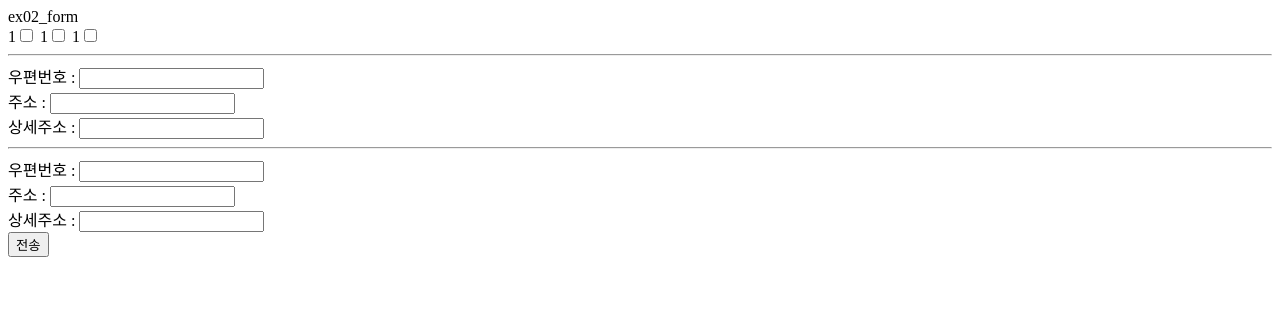
Repository: KimJaeHwan98/tomcat01
Page: http://localhost/3_req_res/req/ex02_form.jsp
The author's editor kept a copy of each file at every save. The page is drawn from the files as they stood at one save, then again after the next save.
The browser window is 1280 px wide. The pictures show the whole page.
The page is served by Tomcat 9.

Above is the page before, as saved 2024-04-29 05:32:29.

### 3_req_res/src/main/webapp/req/ex02_form.jsp
<%@ page language="java" contentType="text/html; charset=UTF-8"
    pageEncoding="UTF-8"%>
<!DOCTYPE html>
<html>
<head>
<meta charset="UTF-8">
<title>Insert title here</title>
</head>
<body>ex02_form<br>
<% String path = request.getContextPath(); %>
 <form action="" method="post">
	1<input type="checkbox" name="chr" value="일">
	1<input type="checkbox" name="chr" value="이">
	1<input type="checkbox" name="chr" value="삼">
	<hr>
	우편번호 : <input type="text" name="addr"><br>
	주소 : <input type="text" name="addr"><br>
	상세주소 : <input type="text" name="addr"><br>
		<hr>
	우편번호 : <input type="text" name="a1"><br>
	주소 : <input type="text" name="a2"><br>
	상세주소 : <input type="text" name="a3"><br>
	<input type="submit" value="전송">

 </form>
</body>
</html>

After the next save:
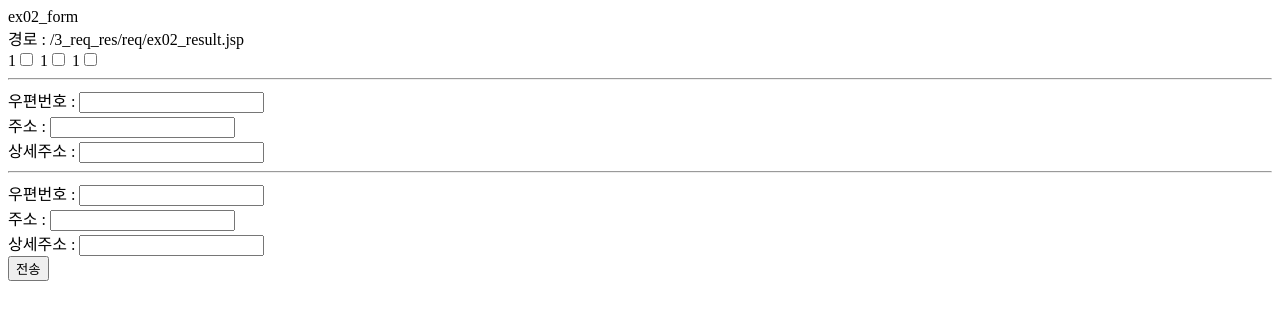
Saved 65 s later.
--- a/3_req_res/src/main/webapp/req/ex02_form.jsp
+++ b/3_req_res/src/main/webapp/req/ex02_form.jsp
@@ -8,7 +8,8 @@
 </head>
 <body>ex02_form<br>
 <% String path = request.getContextPath(); %>
- <form action="" method="post">
+경로 : <%=path %>/req/ex02_result.jsp<br>
+ <form action="<%=path %>/req/ex02_result.jsp" method="post">
 	1<input type="checkbox" name="chr" value="일">
 	1<input type="checkbox" name="chr" value="이">
 	1<input type="checkbox" name="chr" value="삼">
